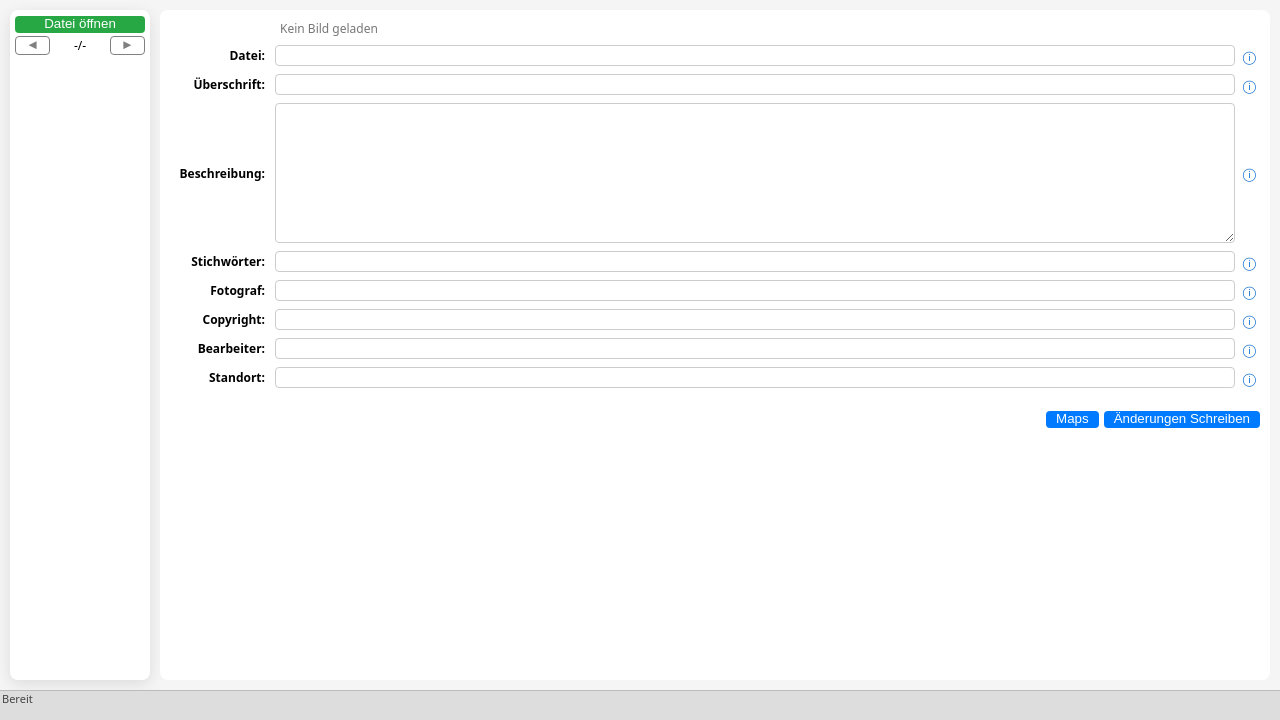
Repository: h-fahle/metadata
Page: ui/index.html
The author's editor kept a copy of each file at every save. The page is drawn from the files as they stood at one save, then again after the next save.
The browser window is 1280 px wide. The pictures show the whole page.

Above is the page before, as saved 2026-08-19 18:24:40.

After the next save:
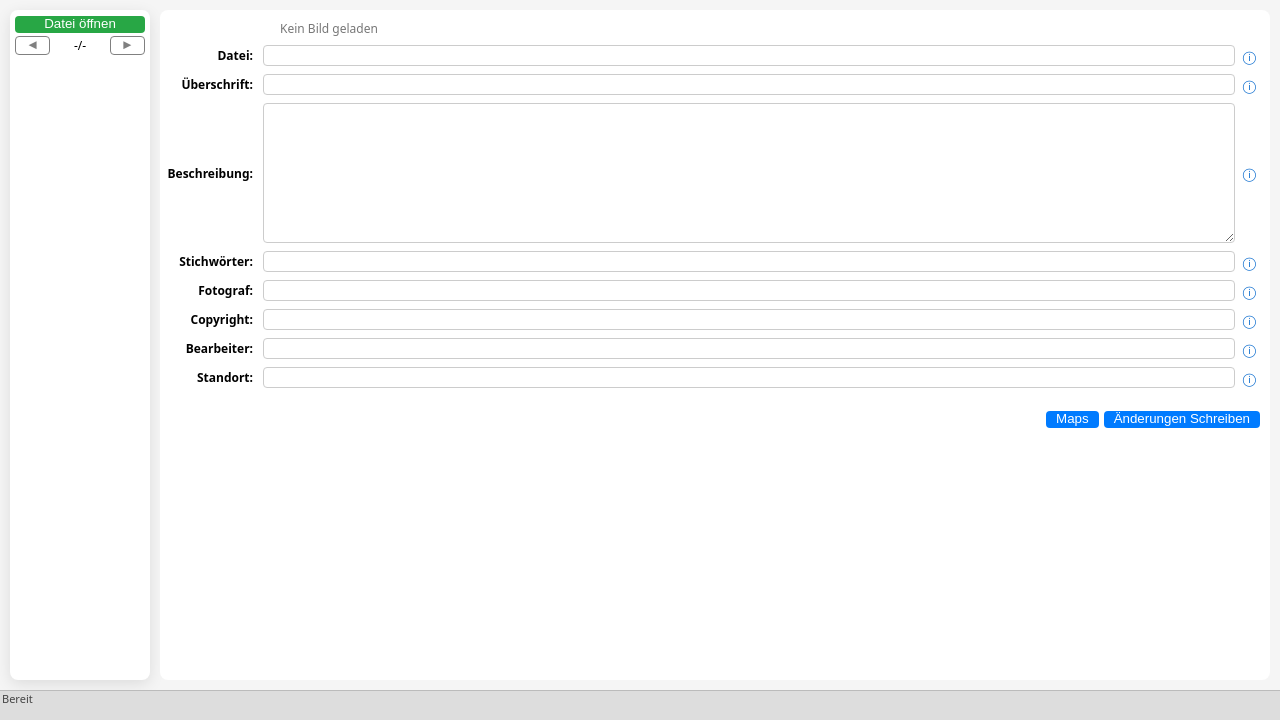
Saved 2 min 5 s later.
--- a/ui/style.css
+++ b/ui/style.css
@@ -65,6 +65,7 @@ html, body {
 	min-width: 95px;     /* Verhindert, dass das Label zusammengedrückt wird */
 	text-align: right;   /* Optional: Richtet den Text rechtsbündig zum Input aus */
 	font-weight: bold;
+	margin-left: -12px;
 }
 
 /* Die Eingabefelder füllen jetzt den gesamten restlichen Platz der Zeile aus */
